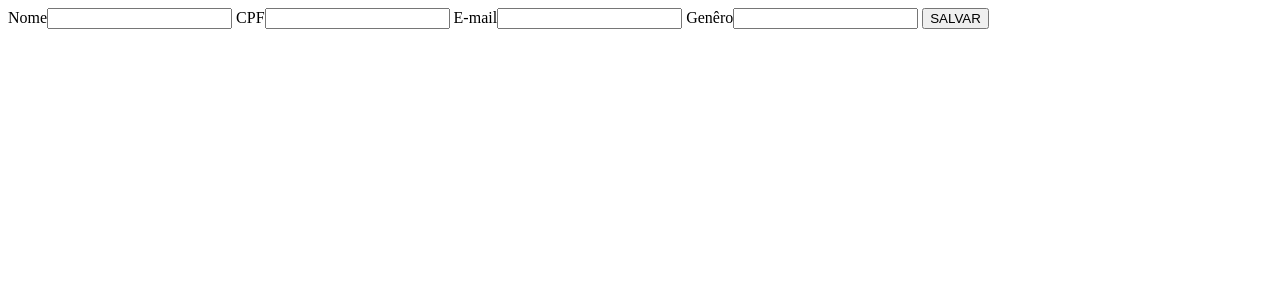
Repository: BrunoFBI/LED-2019
Page: http://localhost/les12015-web/CadastroCliente.jsp
These files come from the project's save history. The page is drawn as it stood at one moment and after the next save; the edit follows.
The browser window is 1280 px wide. The pictures show the whole page.
The page is served by Tomcat 9. Other server files are loaded and not shown.

Above is the page before, as saved 2019-02-12 16:46:13.

### les12015-web/WebContent/CadastroCliente.jsp
<%@ page language="java" contentType="text/html; charset=ISO-8859-1"
    pageEncoding="ISO-8859-1"%>
<!DOCTYPE html>
<html>
<head>
<meta charset="ISO-8859-1">
<title>Cadastro de Clientes</title>

</head>
<body>

	<form method="post" action="SalvarCliente">
		Nome<input type="text" id="txtNome" name="txtNome"/>
		CPF<input type="text" id="txtCpf" name="txtCpf"/>
		E-mail<input type="text" id="email" name="email"/>
		Genêro<input type="select" id="gender" name="gender"/>

		<input type="submit" name="operacao" value="SALVAR" id="operacao">
	</form>
</body>
</html>

After the next save:
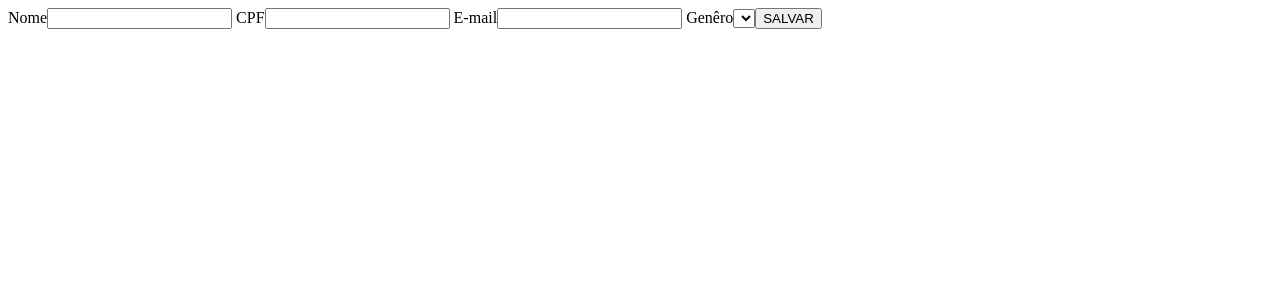
Saved 12 s later.
--- a/les12015-web/WebContent/CadastroCliente.jsp
+++ b/les12015-web/WebContent/CadastroCliente.jsp
@@ -13,7 +13,7 @@
 		Nome<input type="text" id="txtNome" name="txtNome"/>
 		CPF<input type="text" id="txtCpf" name="txtCpf"/>
 		E-mail<input type="text" id="email" name="email"/>
-		Genêro<input type="select" id="gender" name="gender"/>
+		Genêro<select  id="gender" name="gender"/>
 
 		<input type="submit" name="operacao" value="SALVAR" id="operacao">
 	</form>
